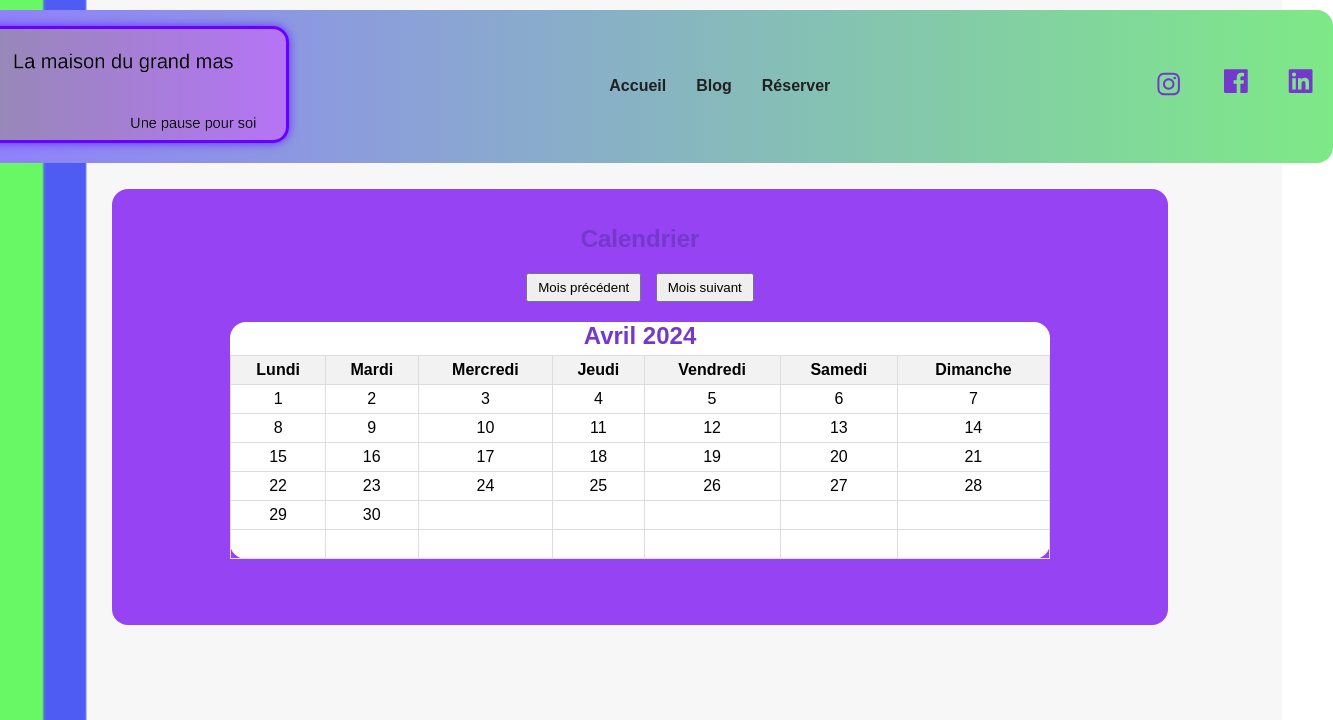
Repository: Crosnierpaul/Les_Rangers_de_Pouvoir
Page: http://localhost/entretien
The author's editor kept a copy of each file at every save. The page is drawn from the files as they stood at one save, then again after the next save.
The browser window is 1280 px wide. The page is 1333 px wide, so the pictures cover 1333 px, including what lies to the right of the window. The pictures show the whole page.
The page is served by the project's Node server (site/server.js).

Above is the page before, as saved 2024-05-07 09:29:08.

After the next save:
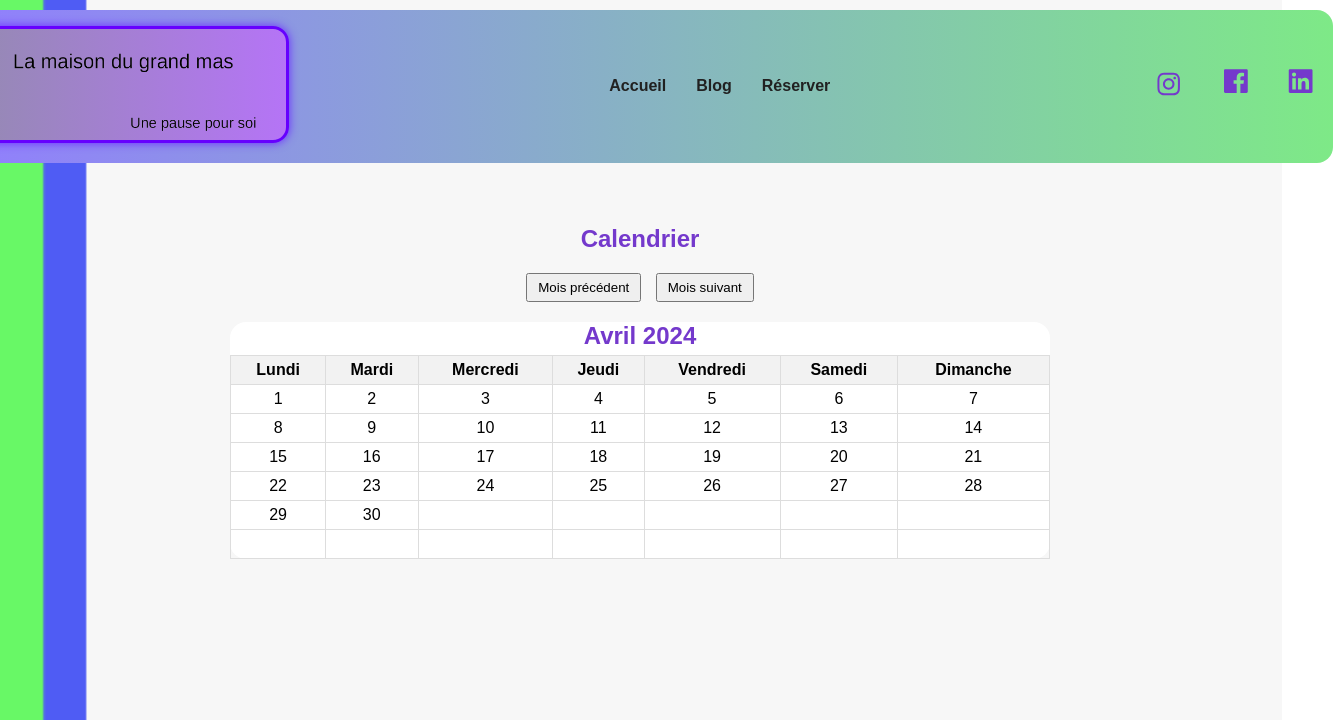
Saved 2 min 25 s later.
--- a/site/public/css/entretien.css
+++ b/site/public/css/entretien.css
@@ -50,7 +50,7 @@
 section {
     margin: 1em auto; /* Centrer la section */
     max-width: 80%; /* Réduire la largeur maximale */
-    background-color: rgb(149, 67, 243);
+    --background: linear-gradient(to right, #917dff 0%, #7ee987 100%);
     border-radius: 1em;
     padding: 1em;
 }
